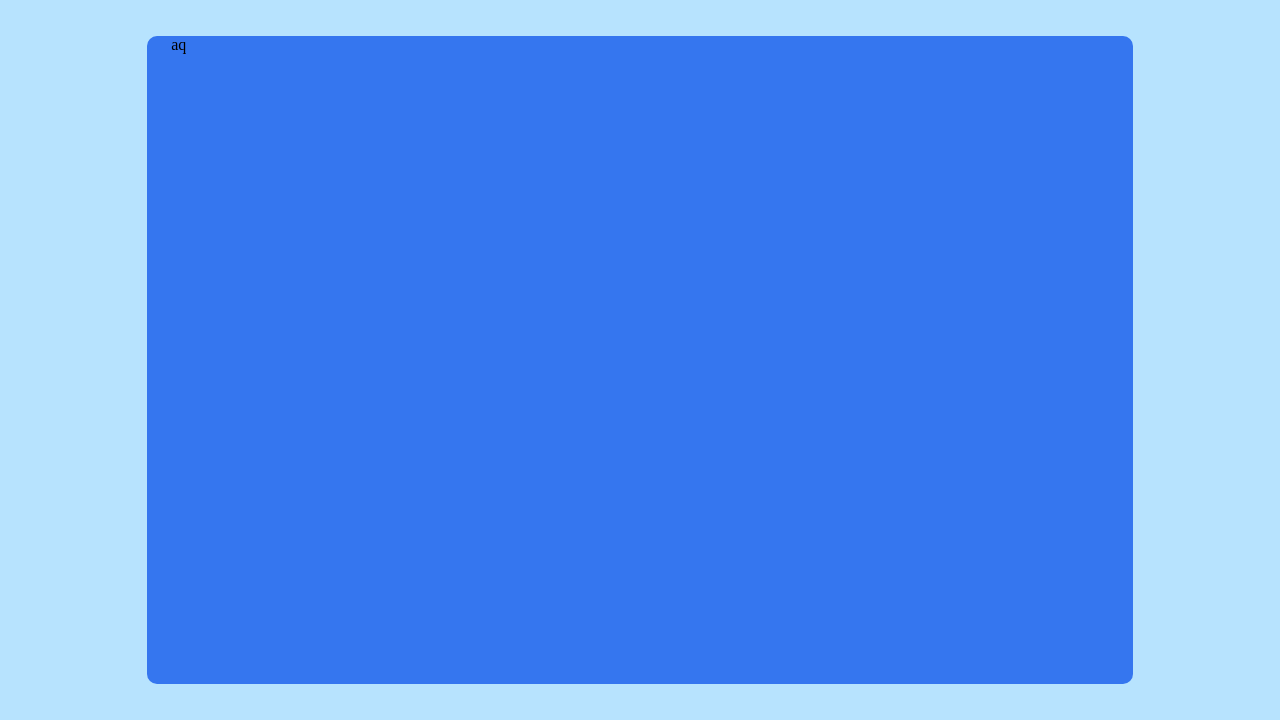
Repository: arafat877/super-chat
Page: /
An editor plug-in stored every save of this project. The page is shown before and after the next save, followed by the edit.
The browser window is 1280 px wide. The pictures show the whole page.
The project was rebuilt for these pictures with package versions that can differ from the ones it lists, and the page was loaded fresh each time. Also part of the build but not shown: src/App.scss.

Above is the page before, as saved 2020-08-05 13:56:37.

After the next save:
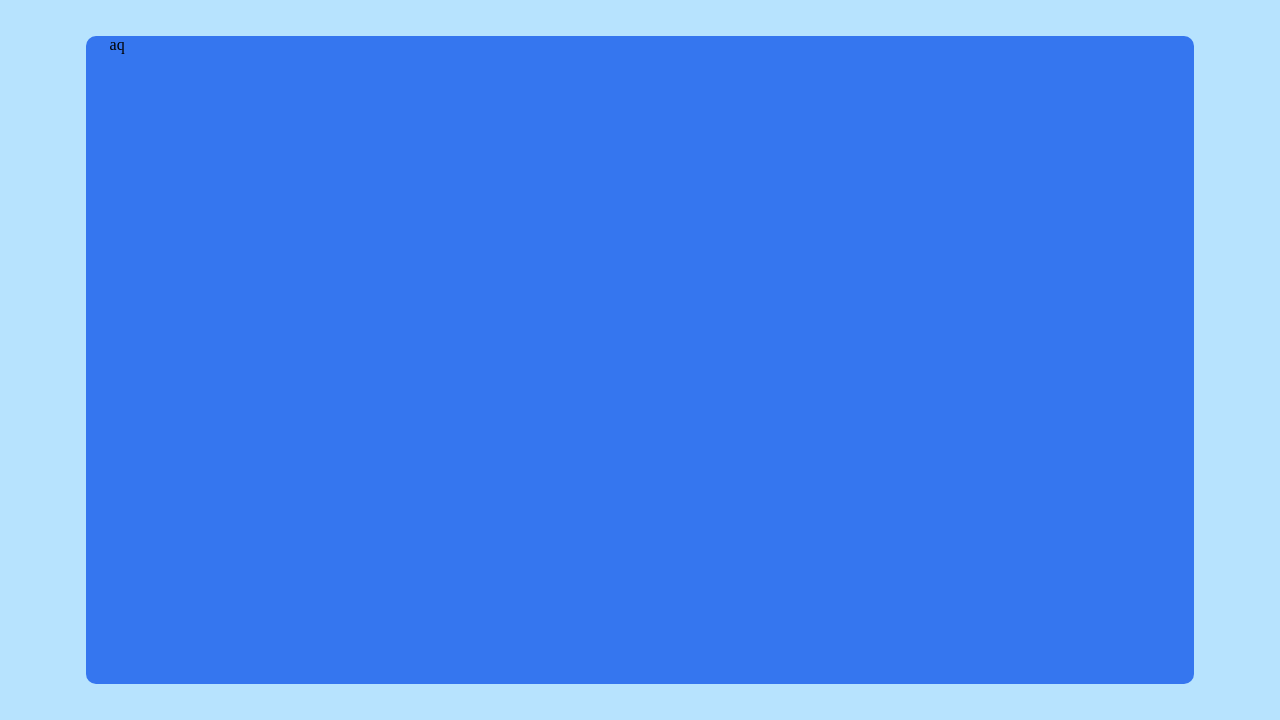
Saved 15 s later.
--- a/src/App.js
+++ b/src/App.js
@@ -21,7 +21,7 @@
     backgroundColor:'#3576ef',
     margin:'auto',
     height:'90%',
-    width:"80%",
+    width:"90%",
     borderRadius:'10px'
 
   }

After the save that followed:
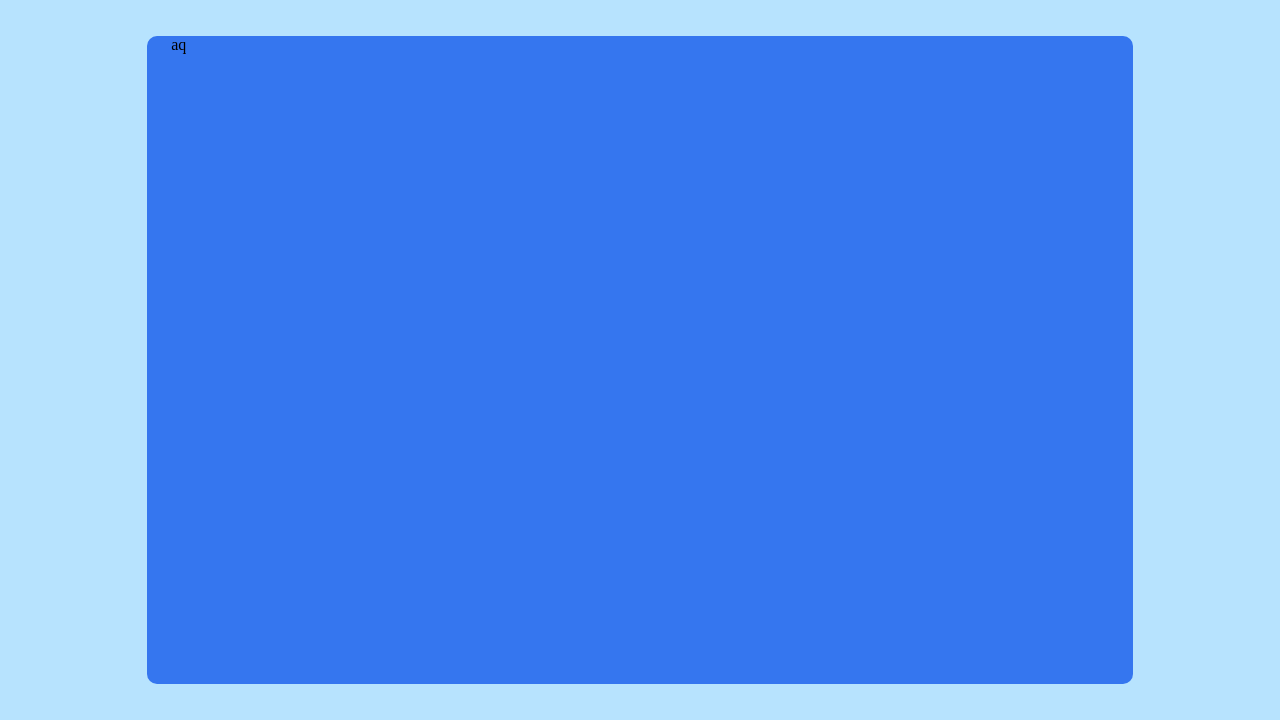
Saved 8 s later.
--- a/src/App.js
+++ b/src/App.js
@@ -21,7 +21,7 @@
     backgroundColor:'#3576ef',
     margin:'auto',
     height:'90%',
-    width:"90%",
+    width:"80%",
     borderRadius:'10px'
 
   }
